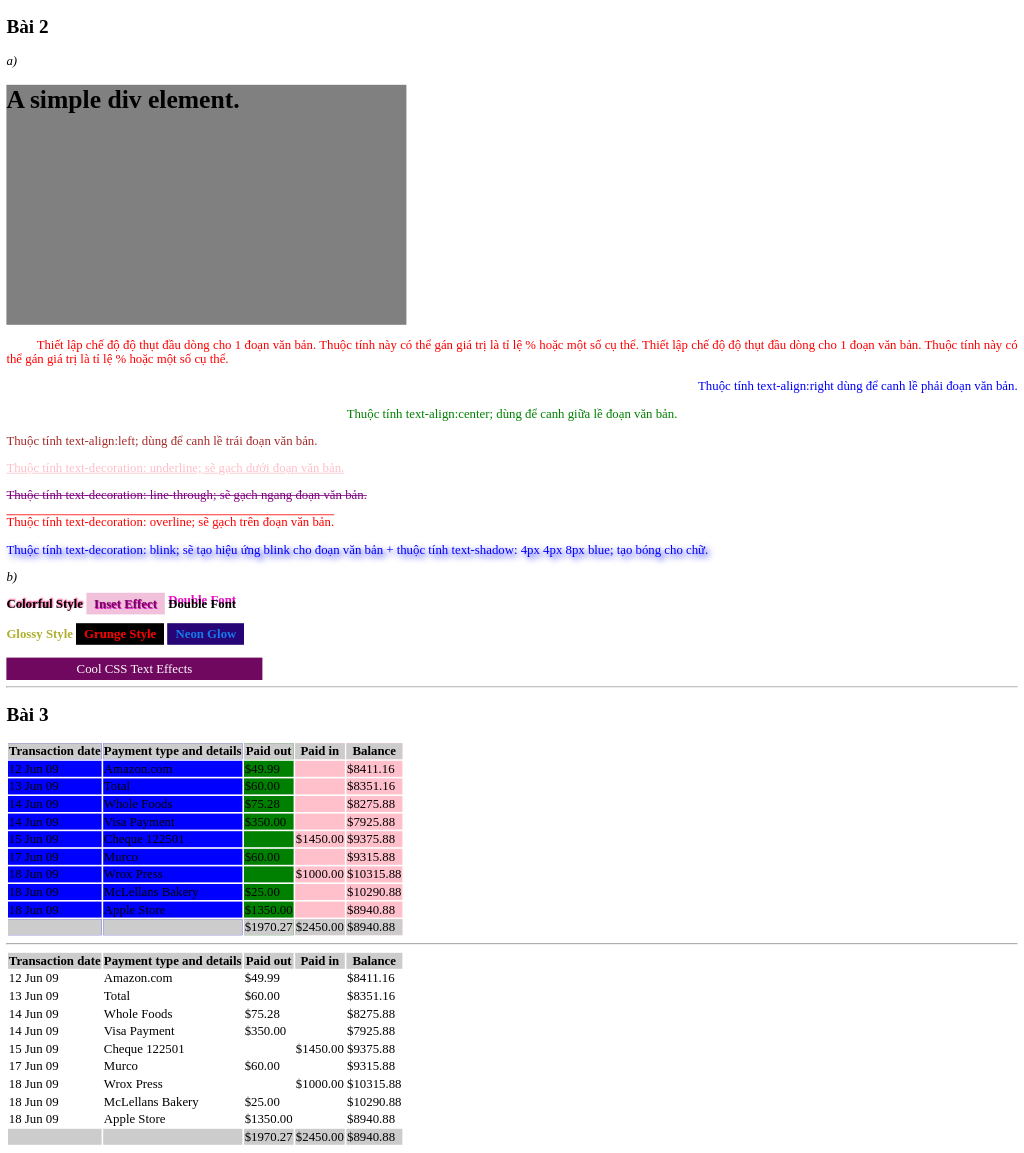
Repository: hoangnguyen1903/STT_21084321_NguyenHuyHoang_DHKHMT17B
Page: html/index.html
These files come from the project's save history. The page is drawn as it stood at one moment and after the next save; the edit follows.
The browser window is 1280 px wide. The pictures show the whole page, at 80% of full size.

Above is the page before, as saved 2023-03-02 14:09:58.

After the next save:
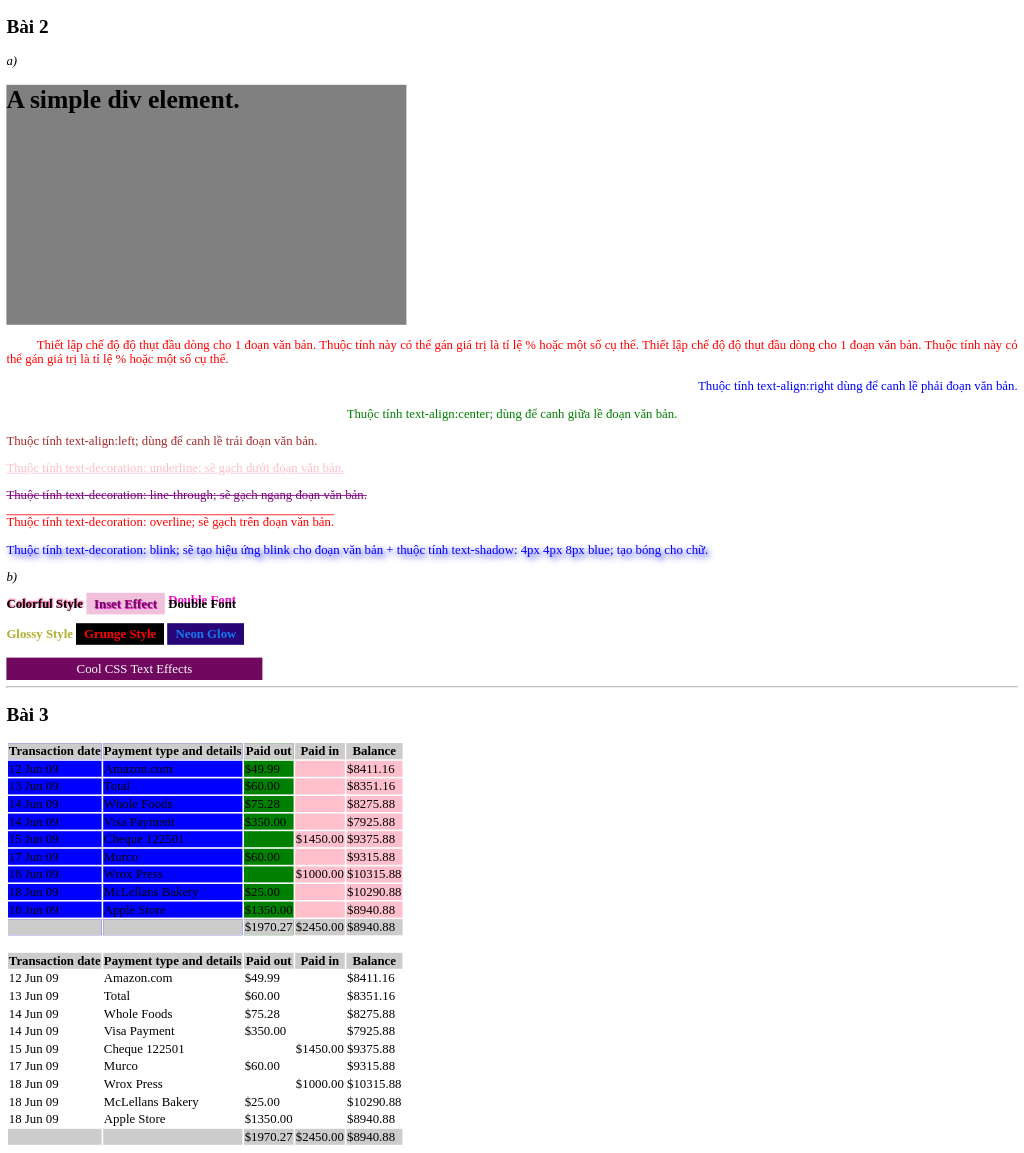
Saved 18 s later.
--- a/html/index.html
+++ b/html/index.html
@@ -204,7 +204,7 @@
         <td colspan="3">$8940.88</td>
       </tr>
     </table>
-    <hr />
+    <br />
     <table>
       <tr style="background-color: #ccc">
         <th colspan="6">Transaction date</th>
